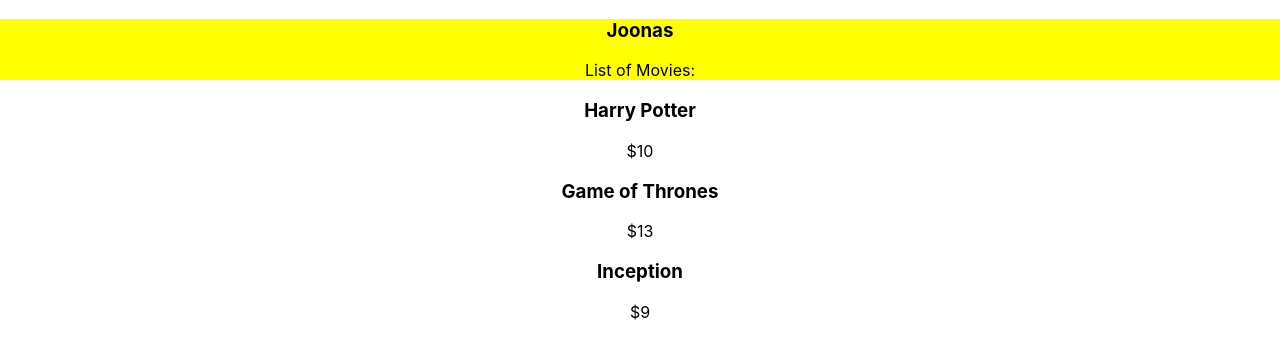
Repository: SubmergedSnake/react-usecontext
Page: /
These files come from the project's save history. The page is drawn as it stood at one moment and after the next save; the edit follows.
The browser window is 1280 px wide. The pictures show the whole page.
The project was rebuilt for these pictures with package versions that can differ from the ones it lists, and the page was loaded fresh each time.

Above is the page before, as saved 2020-11-21 18:30:12.

After the next save:
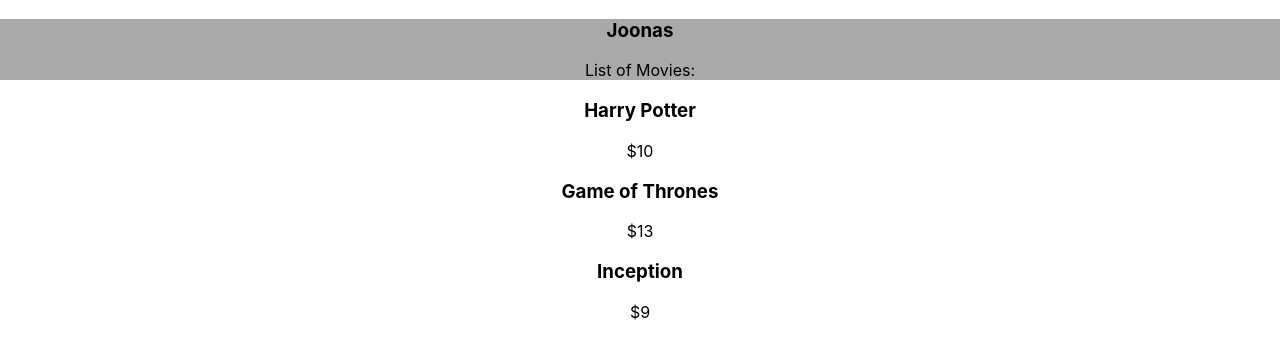
Saved 9 s later.
--- a/src/Nav.js
+++ b/src/Nav.js
@@ -1,7 +1,7 @@
 import React from 'react';
 
 const navStyle = {
-    background: 'yellow',
+    background: 'darkgrey',
   };
 
 
